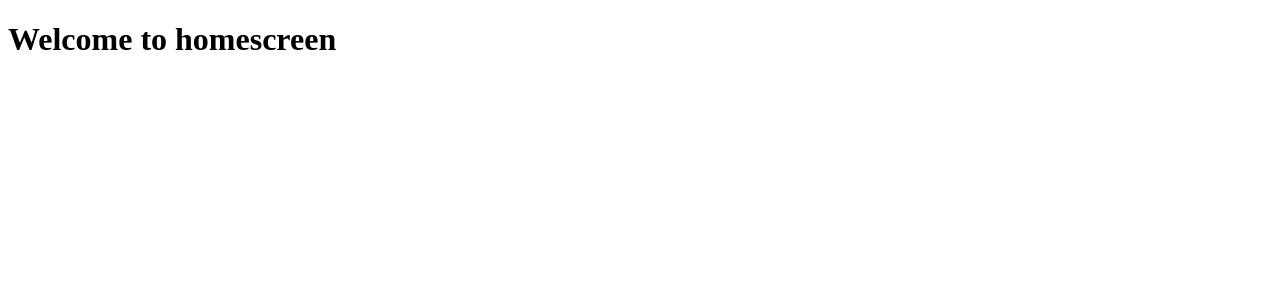
Repository: subhani70/AdvanceJava
Page: ServletChaining/src/main/webapp/home.html
An editor plug-in stored every save of this project. The page is shown before and after the next save, followed by the edit.
The browser window is 1280 px wide. The pictures show the whole page.

Above is the page before, as saved 2025-06-30 09:48:45.

### ServletChaining/src/main/webapp/home.html
<!DOCTYPE html>
<html>
<head>
<meta charset="ISO-8859-1">
<title>Insert title here</title>
</head>
<body>
 <h1>Welcome to homescreen</h1>
</body>
</html>

After the next save:
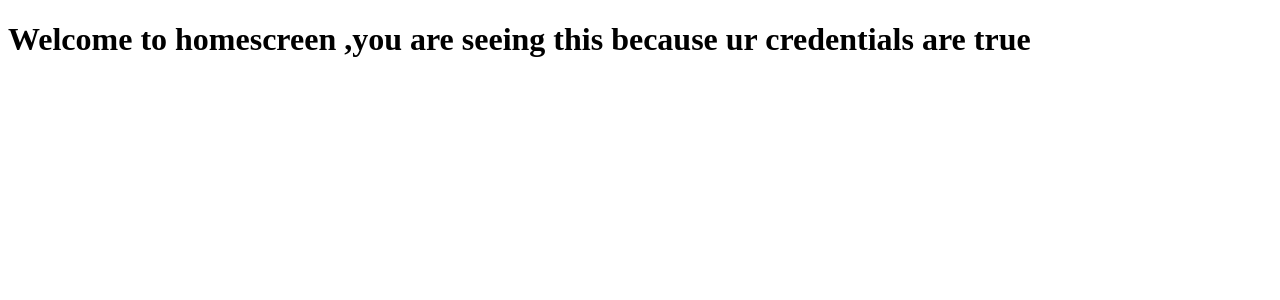
Saved 30 s later.
--- a/ServletChaining/src/main/webapp/home.html
+++ b/ServletChaining/src/main/webapp/home.html
@@ -5,6 +5,6 @@
 <title>Insert title here</title>
 </head>
 <body>
- <h1>Welcome to homescreen</h1>
+ <h1>Welcome to homescreen ,you are seeing this because ur credentials are true</h1>
 </body>
 </html>
